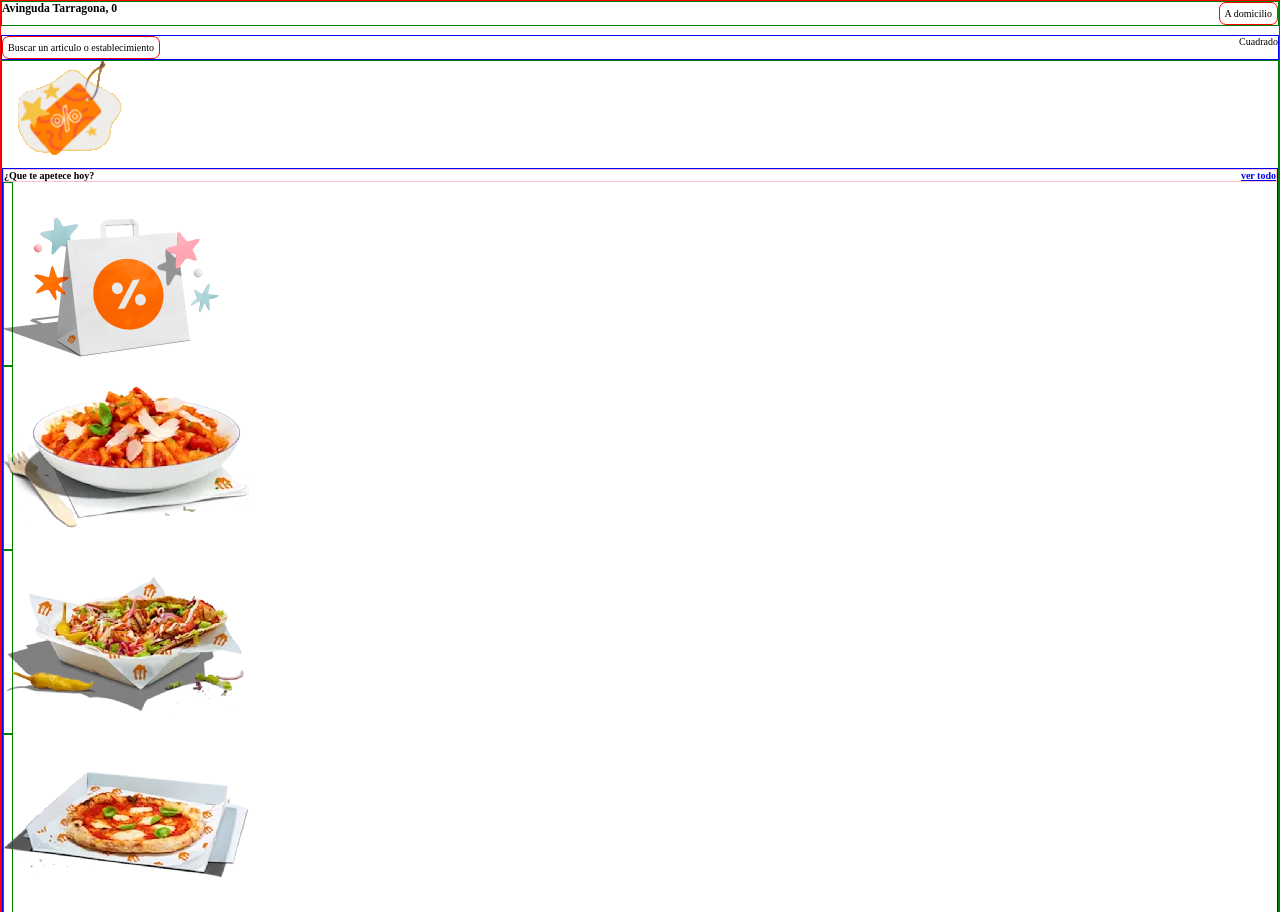
Repository: Srpinedaa/justEat
Page: index.html
The author's editor kept a copy of each file at every save. The page is drawn from the files as they stood at one save, then again after the next save.
The browser window is 1280 px wide. The pictures show the part of the page from y = 0 to 912 px (the page is 1970 px tall before and 1966 px after).
A picture or video elsewhere on the page could not be fetched, so the positions and the page height are approximate.

Above is the page before, as saved 2024-09-26 16:05:03.

### index.html
<!DOCTYPE html>
<html lang="en">

<head>
    <meta charset="UTF-8">
    <meta name="viewport" content="width=, initial-scale=1.0">
    <title>Just Eat</title>
    <link rel="stylesheet" href="css/estilos.css">
</head>

<body>
    <div id="all">
        <header>
            <div id="navDireccion">
                <h3 class = "direccion">Avinguda Tarragona, 0</h3>
                <div class= "formaPedido">A domicilio</div>
            </div>

            <div id="navBuscador">
                <div class="buscador">Buscar un articulo o establecimiento</div>
                <div class = "opciones">Cuadrado</div>
            </div>
        </header>
        <main>
            <div id = "contenido">
                <div id="slideShow">
                    <img src="img/descuento.png" alt="descuentos">
                </div>
                <div id="bloque1">
                    <section class="bloque1Sesion1">
                        <h4>¿Que te apetece hoy?</h4>
                        <h4><a href="#">ver todo</a></h4>
                    </section>
                    <section class="bloque1Sesion2">
                        <div class="fotoComida"> <img src="img/ofertas.png" alt="ofertas"></div>
                        <div class="fotoComida"> <img src="img/italiana.png" alt="italiana"></div>
                        <div class="fotoComida"> <img src="img/kebab.png" alt="kebab"></div>
                        <div class="fotoComida"> <img src="img/pizza.png" alt="pizza"></div>
                    </section>
                </div>
                <div id="bloque2">
                    <section></section>
                </div>
                <div id="bloque3">
                    <h2>Pedir en 3 locales</h2>
                    <section class="bloquePedidos">
                        <div class="pedido">
                            <div class="imagenPedido">
                                <img src="img/54546.jpg" alt="pizza">
                            </div>
                            <div class="informacionPedido">
                                <h5>Telepiza Tarrega</h5>
                                <p>4.0(27)</p>
                                <p>Pizza, italiana</p>
                                <p>25-40 mins 1.95€ entrega Min 13.95€</p>
                                <p>20% de descuentos en articulos selecionados</p>
                            </div>
                        </div>
                        <div class="pedido">
                            <div class="imagenPedido">
                                <img src="img/54546.jpg" alt="pizza">
                            </div>
                            <div class="informacionPedido">
                                <h5>Bon sabor</h5>
                                <p>4.5(26)</p>
                                <p>Kebab, pizza</p>
                            </div>
                        </div>
                        <div class="pedido">
                            <div class="imagenPedido">
                                <img src="img/54546.jpg" alt="pizza">
                            </div>
                            <div class="informacionPedido">
                                <h5>Doner Kebab Rey</h5>
                                <p>3.7(3)</p>
                                <p>Kebab, pizza</p>
                                <p>1.6km</p>
                            </div>
                        </div>
                    </section>
                </div>
            </div>
        </main>
        <footer></footer>
    </div>
</body>

</html>

### css/estilos.css
*{
    margin: 0;
    padding: 0;
    box-sizing: border-box;
}

html{
    font-size: 62.5%;
}

#all{
    border: 1px solid red;
}

#navDireccion{
    border: 1px solid green;
    display: flex;
    justify-content: space-between;
    margin-bottom: 9px;
}

.formaPedido{
    border: 1px solid red;
    border-radius: 7px;
    padding: 5px;
}

#navBuscador{
    border: 1px solid blue;
    display: flex;
    justify-content: space-between;
}

.buscador{
    border: 1px solid red;
    border-radius: 7px;
    padding: 5px;
}

#contenido{
    border: 1px solid green;
}

#bloque1{
    border: 1px solid blue;
    display: flex;
    flex-direction: column;
}

.bloque1Sesion1{
    border: 1px solid pink;
    display: flex;
    justify-content: space-between;
}

/* .bloque1Sesion2{
    border: 1px solid brown;
    display: flex;
    flex-direction: row;
} */

.fotoComida{
    border: 1px solid green;
    width: 1rem;

}

After the next save:
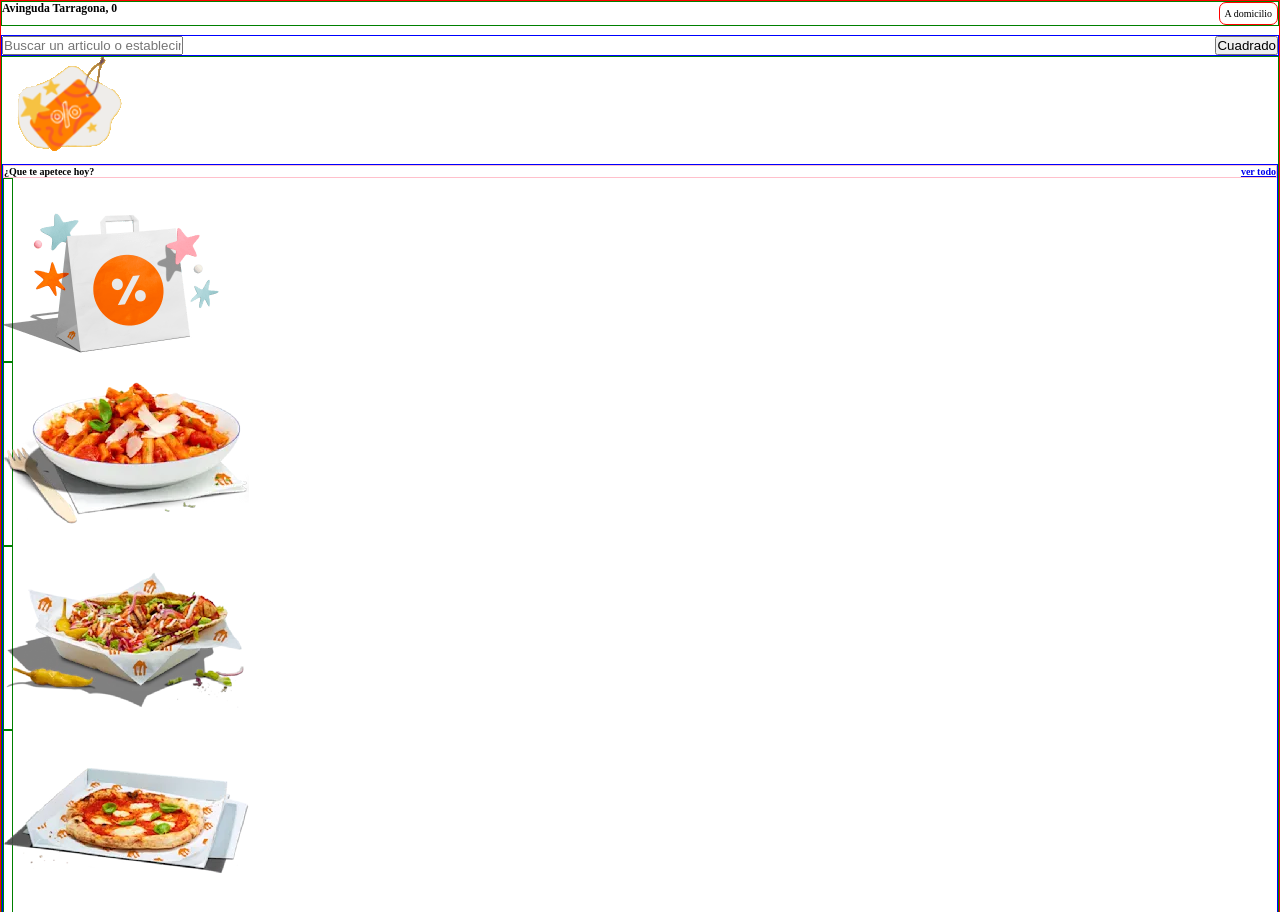
Saved 56 s later.
--- a/index.html
+++ b/index.html
@@ -17,8 +17,8 @@
             </div>
 
             <div id="navBuscador">
-                <div class="buscador">Buscar un articulo o establecimiento</div>
-                <div class = "opciones">Cuadrado</div>
+                <input type="text" placeholder="Buscar un articulo o establecimiento">
+                <button>Cuadrado</button>
             </div>
         </header>
         <main>
